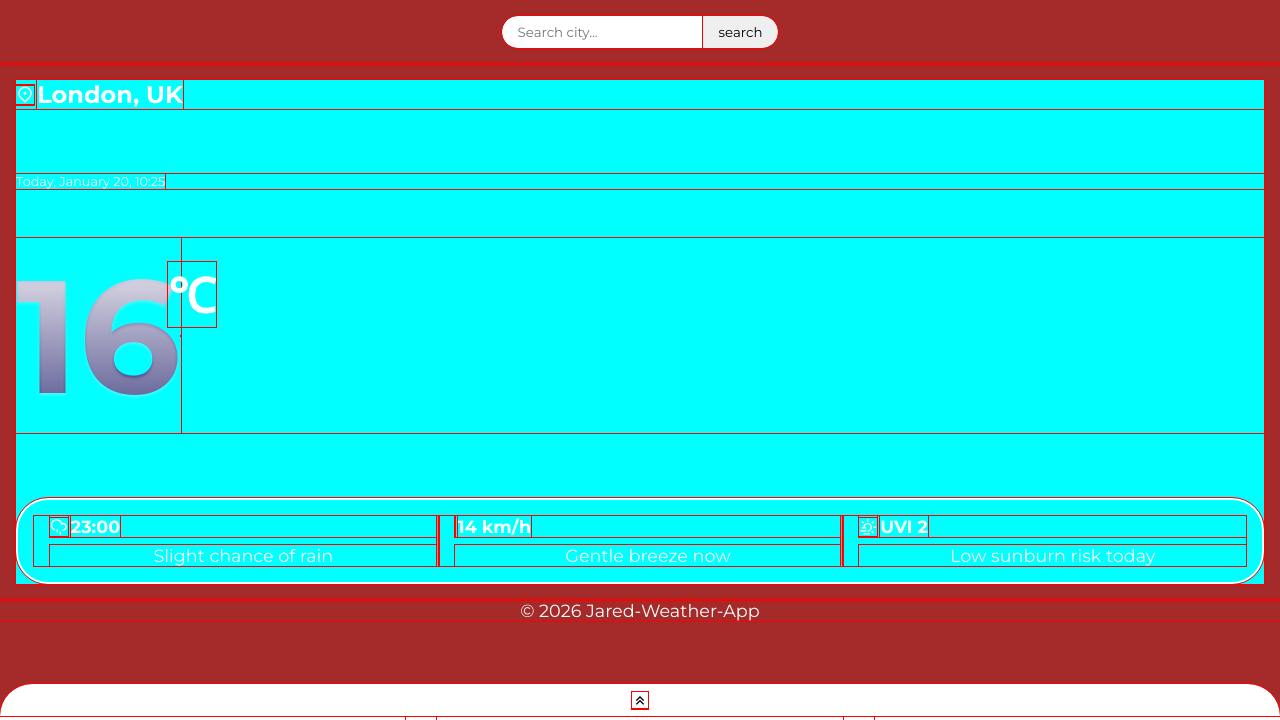
Repository: EguJaredoBoyd/Jared-Weather-App
Page: main.html
The author's editor kept a copy of each file at every save. The page is drawn from the files as they stood at one save, then again after the next save.
The browser window is 1280 px wide. The pictures show the whole page.
Some icons come from a web library that is not loaded, so they are not drawn. Some web libraries are served in a nearby version.

Above is the page before, as saved 2026-02-04 15:47:26.

After the next save:
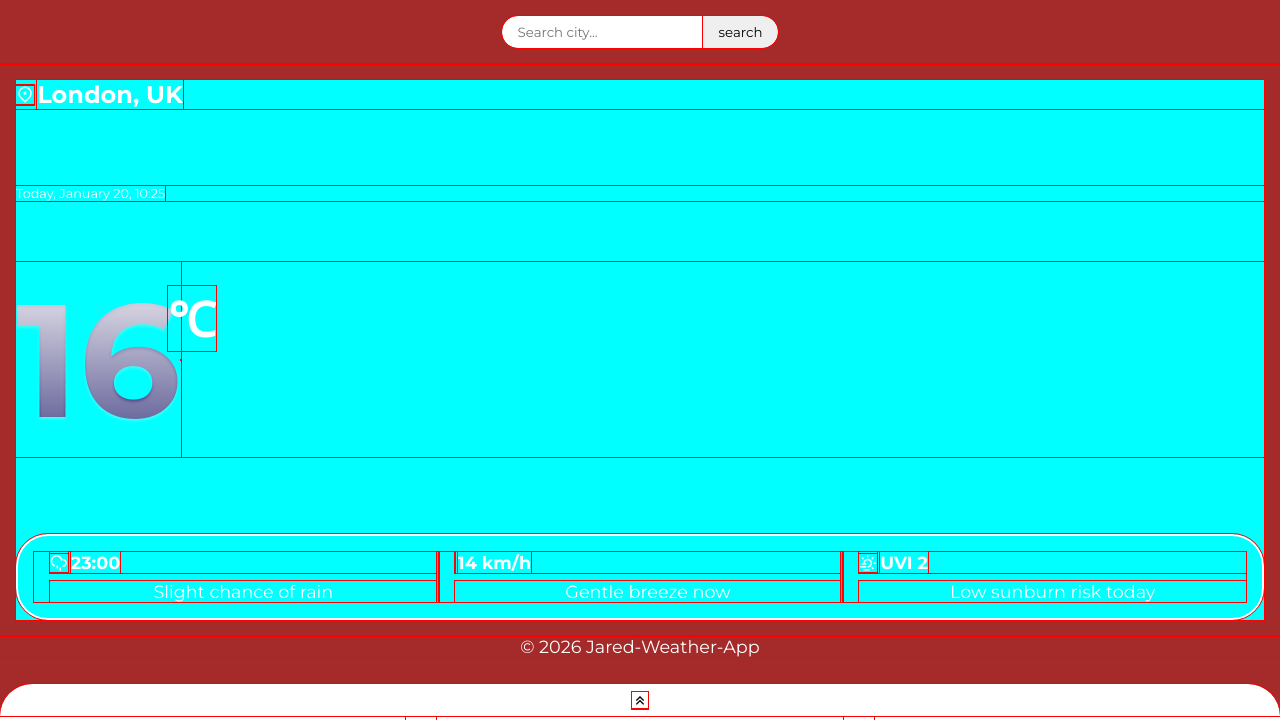
Saved 10 s later.
--- a/css/styles.css
+++ b/css/styles.css
@@ -79,7 +79,7 @@ main {
   flex-direction: column;
   justify-content: space-between;
   /* row-gap: clamp(2.5rem, 2.5vw, 5rem); */
-  min-height: 70dvh;
+  min-height: 75dvh;
   background-color: aqua;
 }
 
